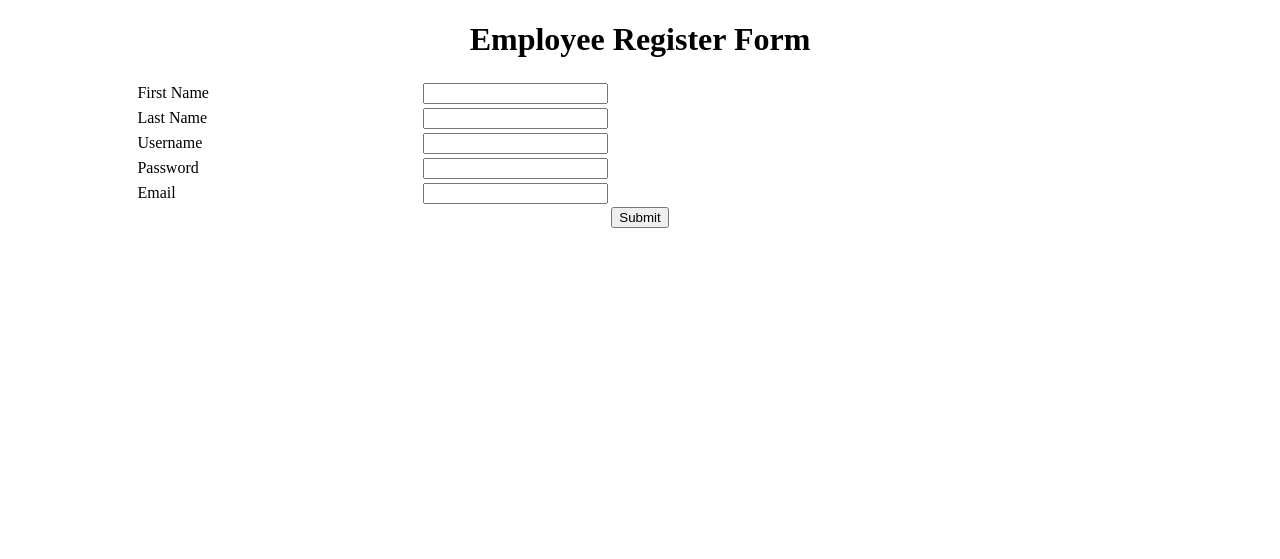
Repository: tattvams/pre-onboarding
Page: http://localhost/basic-webapp-login/
The author's editor kept a copy of each file at every save. The page is drawn from the files as they stood at one save, then again after the next save.
The browser window is 1280 px wide. The pictures show the whole page.
The page is served by Tomcat 9. Nobody is signed in. The application's start-up code is not run.

Above is the page before, as saved 2023-12-29 08:30:51.

After the next save:
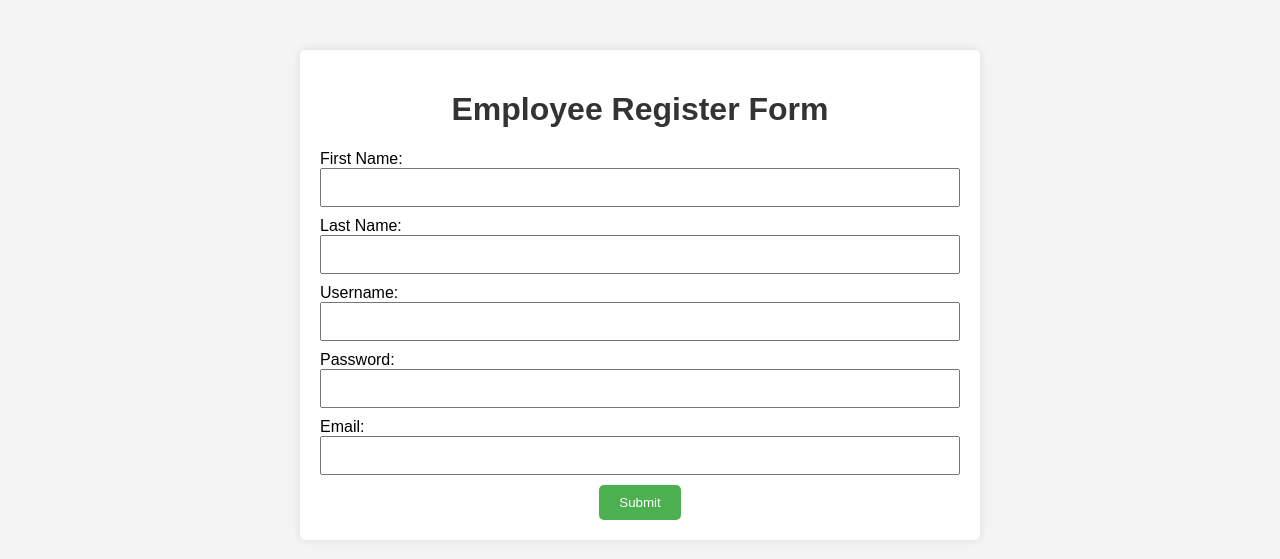
Saved 3 min 3 s later.
--- a/basic-webapp-login/src/main/webapp/index.jsp
+++ b/basic-webapp-login/src/main/webapp/index.jsp
@@ -1,39 +1,50 @@
-<%@ page language="java" contentType="text/html; charset=ISO-8859-1"
-    pageEncoding="ISO-8859-1"%>
 <!DOCTYPE html>
-<html>
+<html lang="en">
 <head>
     <meta charset="UTF-8">
+    <meta name="viewport" content="width=device-width, initial-scale=1.0">
     <title>Employee Register Form</title>
 </head>
-<body>
-    <div align="center">
-        <h1>Employee Register Form</h1>
-        <form action="" method="post">
-            <table style="width: 80%">
-                <tr>
-                    <td>First Name</td>
-                    <td><input type="text" name="firstName" required /></td>
-                </tr>
-                <tr>
-                    <td>Last Name</td>
-                    <td><input type="text" name="lastName" required /></td>
-                </tr>
-                <tr>
-                    <td>Username</td>
-                    <td><input type="text" name="username" required /></td>
-                </tr>
-                <tr>
-                    <td>Password</td>
-                    <td><input type="password" name="password" required /></td>
-                </tr>
-                <tr>
-                    <td>Email</td>
-                    <td><input type="email" name="email" required /></td>
-                </tr>
-            </table>
-            <input type="submit" value="Submit" />
+<body style="font-family: Arial, sans-serif; background-color: #f4f4f4; margin: 0; padding: 0;">
+
+    <div style="width: 50%; margin: auto; padding: 20px; background-color: #fff; border-radius: 5px; box-shadow: 0 0 10px rgba(0, 0, 0, 0.1); margin-top: 50px;">
+
+        <h1 style="text-align: center; color: #333;">Employee Register Form</h1>
+
+        <form action="" method="post" style="width: 100%;">
+
+            <div style="margin-bottom: 10px;">
+                <label for="firstName">First Name:</label>
+                <input type="text" id="firstName" name="firstName" required style="width: 100%; padding: 10px; box-sizing: border-box;">
+            </div>
+
+            <div style="margin-bottom: 10px;">
+                <label for="lastName">Last Name:</label>
+                <input type="text" id="lastName" name="lastName" required style="width: 100%; padding: 10px; box-sizing: border-box;">
+            </div>
+
+            <div style="margin-bottom: 10px;">
+                <label for="username">Username:</label>
+                <input type="text" id="username" name="username" required style="width: 100%; padding: 10px; box-sizing: border-box;">
+            </div>
+
+            <div style="margin-bottom: 10px;">
+                <label for="password">Password:</label>
+                <input type="password" id="password" name="password" required style="width: 100%; padding: 10px; box-sizing: border-box;">
+            </div>
+
+            <div style="margin-bottom: 10px;">
+                <label for="email">Email:</label>
+                <input type="email" id="email" name="email" required style="width: 100%; padding: 10px; box-sizing: border-box;">
+            </div>
+
+            <div style="text-align: center;">
+                <input type="submit" value="Submit" style="background-color: #4CAF50; color: white; padding: 10px 20px; border: none; border-radius: 5px; cursor: pointer;">
+            </div>
+
         </form>
+
     </div>
+
 </body>
 </html>
